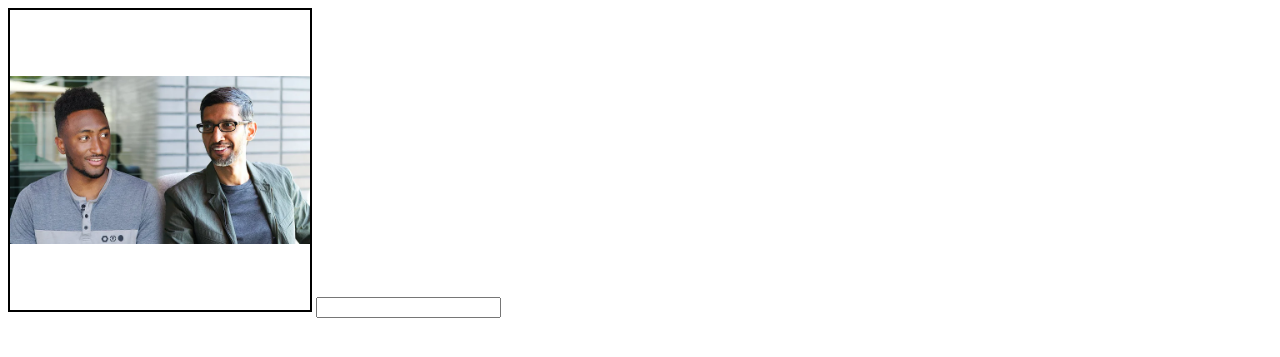
Repository: RagulRanjeeth/Frontend
Page: CloneYoutube/index.html
An editor plug-in stored every save of this project. The page is shown before and after the next save, followed by the edit.
The browser window is 1280 px wide. The pictures show the whole page.

Above is the page before, as saved 2026-01-22 14:25:36.

### CloneYoutube/index.html
<!DOCTYPE html>
<html>
    <head><title>Youtube Clone</title>
    <link rel="stylesheet" href="Styles.css"></head>
    <body>
        <img class="Thumbnails" src="Thumbnails/thumbnail-1.webp">

        <input type="text">
    </body>
</html>

### CloneYoutube/Styles.css
.Thumbnails{
    width: 300px;
    height:300px;
    object-fit: contain;
    object-position:center;
    border-width: 2px;
    border-style:solid;
}

After the next save:
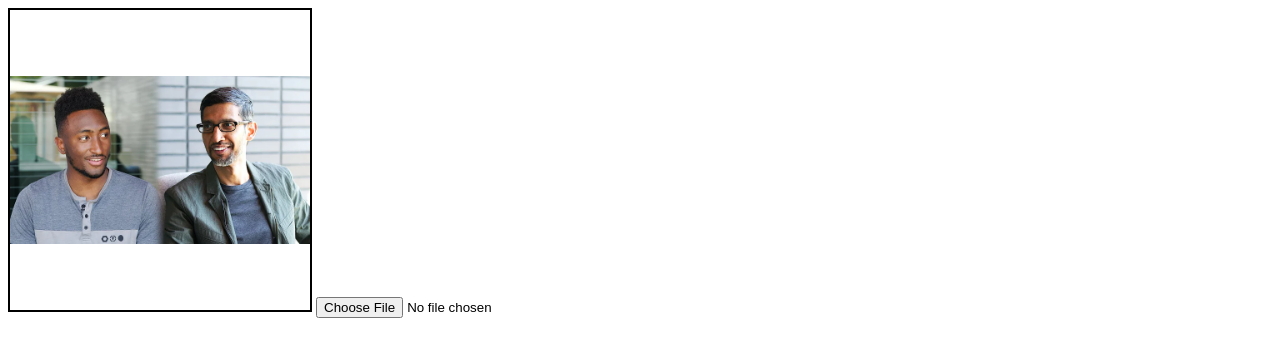
Saved 10 s later.
--- a/CloneYoutube/index.html
+++ b/CloneYoutube/index.html
@@ -5,6 +5,6 @@
     <body>
         <img class="Thumbnails" src="Thumbnails/thumbnail-1.webp">
 
-        <input type="text">
+        <input type="file">
     </body>
 </html>
